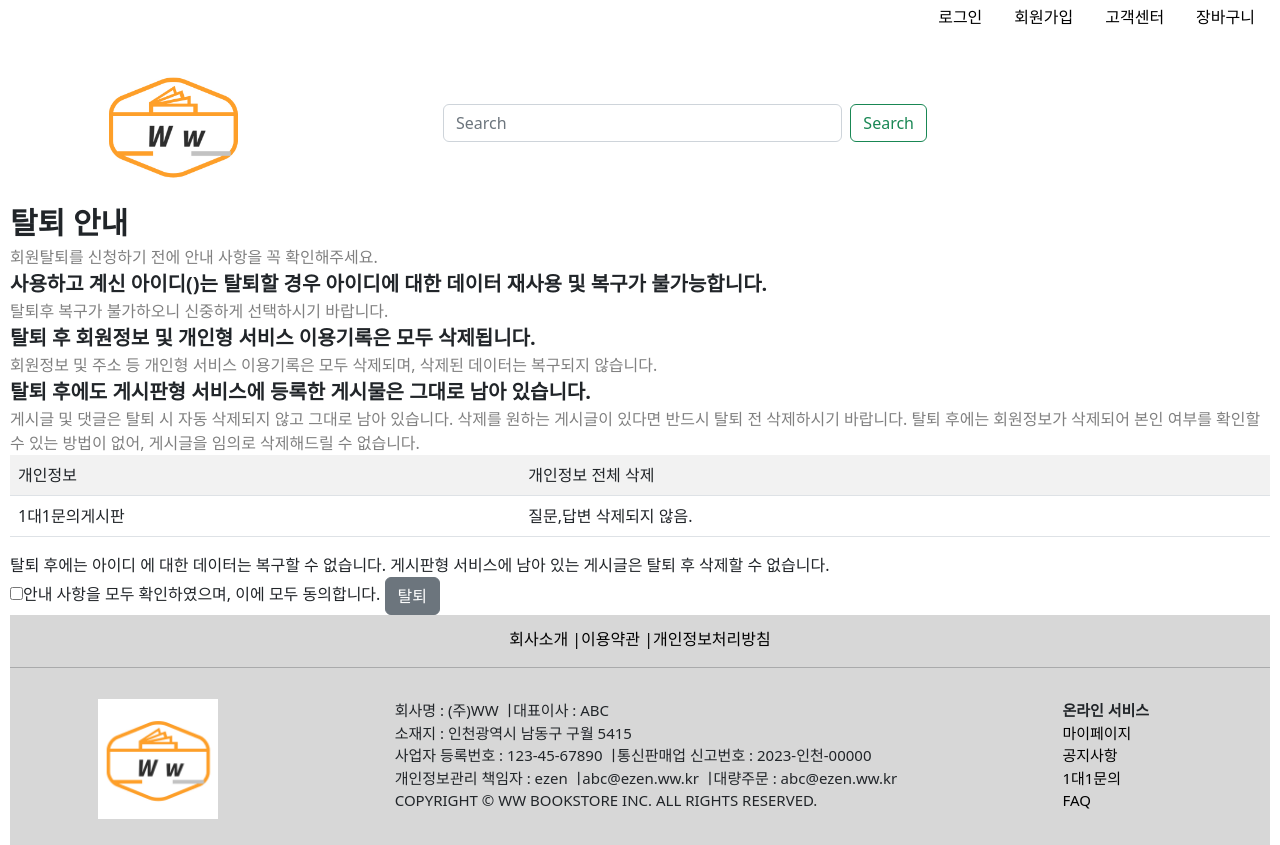
Repository: leehyeonung/project6
Page: http://localhost/book/WEB-INF/views/member/memberDelete.jsp
An editor plug-in stored every save of this project. The page is shown before and after the next save, followed by the edit.
The browser window is 1280 px wide. The pictures show the whole page.
The page is served by Tomcat 9. Nobody is signed in. Other server files are loaded and not shown. The template is opened directly, without the code that normally fills it, so the values that code supplies are empty.

Above is the page before, as saved 2023-01-06 07:15:02.

### book/src/main/webapp/WEB-INF/views/member/memberDelete.jsp
<%@ page language="java" contentType="text/html; charset=UTF-8"
    pageEncoding="UTF-8"%>
<%@ taglib uri="http://java.sun.com/jsp/jstl/core" prefix="c"%>

<!DOCTYPE html>
<html>
<head>
<meta charset="UTF-8">
<title>Insert title here</title>
<link rel="stylesheet" type="text/css" href="/resources/css/delete.css">
<link rel="stylesheet" type="text/css" href="/resources/css/main.css">
</head>
<body>

<jsp:include page="../layout/header.jsp"></jsp:include>
<div class="main">
<div class="info">
탈퇴 안내
</div>
<div class="short">회원탈퇴를 신청하기 전에 안내 사항을 꼭 확인해주세요.</div>
<div class="long">사용하고 계신 아이디(${ses.mem_id})는 탈퇴할 경우 아이디에 대한 데이터 재사용 및 복구가 불가능합니다.</div>
<div class="short">탈퇴후 복구가 불가하오니 신중하게 선택하시기 바랍니다.</div>
<div class="long">탈퇴 후 회원정보 및 개인형 서비스 이용기록은 모두 삭제됩니다.</div>
<div class="short">회원정보 및 주소 등 개인형 서비스 이용기록은 모두 삭제되며, 삭제된 데이터는 복구되지 않습니다.</div>
<div class="long">탈퇴 후에도 게시판형 서비스에 등록한 게시물은 그대로 남아 있습니다.</div>
<div class="short">
게시글 및 댓글은 탈퇴 시 자동 삭제되지 않고 그대로 남아 있습니다.
삭제를 원하는 게시글이 있다면 반드시 탈퇴 전 삭제하시기 바랍니다.
탈퇴 후에는 회원정보가 삭제되어 본인 여부를 확인할 수 있는 방법이 없어, 게시글을 임의로 삭제해드릴 수 없습니다.
</div>
<table class="table table-striped">
<tr>
<td>개인정보</td>
<td>개인정보 전체 삭제</td>
</tr>
<tr>
<td>1대1문의게시판</td>
<td>질문,답변 삭제되지 않음.</td>
</tr>
</table>
탈퇴 후에는 아이디 ${ses.mem_id}에 대한 데이터는 복구할 수 없습니다.
게시판형 서비스에 남아 있는 게시글은 탈퇴 후 삭제할 수 없습니다.
<form action="/mem/delete?mem_num=${ses.mem_num}" method="post" >
<input type="checkbox" required>안내 사항을 모두 확인하였으며, 이에 모두 동의합니다.
<button type="submit" class="btn btn-secondary">탈퇴</button>
</form>
</div>
<jsp:include page="../layout/footer.jsp"></jsp:include>
</body>
</html>

### book/src/main/webapp/WEB-INF/views/layout/header.jsp
<%@ page language="java" contentType="text/html; charset=UTF-8"
    pageEncoding="UTF-8"%>
<%@ taglib uri="http://java.sun.com/jsp/jstl/core" prefix="c"%>
<!DOCTYPE html>
<html>
<head>
<meta charset="UTF-8">
<title>Insert title here</title>
<!-- CSS only -->
<link href="https://cdn.jsdelivr.net/npm/bootstrap@5.2.2/dist/css/bootstrap.min.css"
rel="stylesheet" integrity="sha384-Zenh87qX5JnK2Jl0vWa8Ck2rdkQ2Bzep5IDxbcnCeuOxjzrPF/et3URy9Bv1WTRi"
crossorigin="anonymous">
<link rel="stylesheet" type="text/css" href="/resources/css/header.css">
</head>
<body>

<div class="header">
    <div class="menu">
        <c:if test="${ses.mem_id ==null}">
        <ul><a href="/mem/loginPage">로그인</a></ul>
        <ul><a href="/mem/joinPage">회원가입</a></ul>
        </c:if>
        <c:if test="${ses.mem_id == 'admin' }">
        <ul><a href="/mem/logOut">로그아웃</a></ul>
        <ul><a href="/mem/adminpage">관리인페이지</a></ul>
        </c:if>
        <c:if test="${ses.mem_id !=null && ses.mem_id !='admin' }">
        <ul><a href="/mem/logOut">로그아웃</a></ul>
        <ul><a href="/mem/mypage">마이페이지</a></ul>
        </c:if>
        <ul><a href="#">고객센터</a></ul>
        <ul><a href="#">장바구니</a></ul>
    </div>
    <div class="bar">
       <div class="logo">
         <a href="/"><img src="/resources/image/logo.jpg" alt="로고"></a>
       </div>
         <div class="searchBar">
            <form class="d-flex" role="search">
                 <input class="form-control me-2" type="search" placeholder="Search" aria-label="Search">
                 <button class="btn btn-outline-success" type="submit">Search</button>
              </form>
         </div>
       <div class="icons">
         <a href=""><i class="fa-solid fa-cart-shopping"></i></a>
            <a href=""><i class="fa-solid fa-user"></i></a>
       </div>
    </div>
</div>
</body>
</html>

### book/src/main/webapp/WEB-INF/views/layout/footer.jsp
<%@ page language="java" contentType="text/html; charset=UTF-8"
   pageEncoding="UTF-8"%>
<!DOCTYPE html>
<html>
<head>
<meta charset="UTF-8">
<title>Insert title here</title>
<link rel="stylesheet" type="text/css" href="/resources/css/footer.css">

</head>

<body>
   <div class="footer">
      <div class="footer-top">
         <ul>
            <li><a href="">회사소개 | </a></li>
            <li><a href="">이용약관 | </a></li>
            <li><a href="">개인정보처리방침</a></li>
         </ul>
      </div>
      <hr>
      <div class="address">
         <div class="footer-logo">
            <img src="/resources/image/logo.jpg" alt="로고">
         </div>
         <div class="address-box">
            <ul>
               <li>회사명 : (주)WW <span style="margin-right: -7px;">ㅣ</span>
                  대표이사 : ABC
               </li>

               <li>소재지 : 인천광역시 남동구 구월 5415</li>
               <li>사업자 등록번호 : 123-45-67890 <span style="margin-right: -7px;">ㅣ</span>
                  통신판매업 신고번호 : 2023-인천-00000
               </li>

               <li>개인정보관리 책임자 : ezen <span style="margin-right: -7px;">ㅣ</span>
                  abc@ezen.ww.kr <span style="margin-right: -7px;">ㅣ</span> 대량주문 :
                  abc@ezen.ww.kr
               </li>

               <li>COPYRIGHT © WW BOOKSTORE INC. ALL RIGHTS RESERVED.</li>

            </ul>

         </div>
         <div class="online-serviceBar">
            <strong>온라인 서비스</strong>
            <ul>
               <li><a href="">마이페이지</a></li>
               <li><a href="">공지사항</a></li>
               <li><a href="">1대1문의</a></li>
               <li><a href="">FAQ</a></li>
            </ul>
         </div>
      </div>
   </div>

</body>
</html>

### book/src/main/webapp/resources/css/delete.css
@charset "UTF-8";
.main{
	margin: 0px auto;
}

.info{
	font-size:30px;
	font-weight:900;
}
.long{
	font-size:20px;
	font-weight:900;
}

.short{
	color: gray;
}

### book/src/main/webapp/resources/css/main.css
@charset "UTF-8";

.main{
	width:1260px;
	margin: 0 auto;
}

### book/src/main/webapp/resources/css/header.css
@charset "UTF-8";
*{
	margin: 0px;
	padding: 0px;
}
.header{
    width: 1260px;
    height: 200px;
   /*  background-color: pink; */
}
.menu{
   display: flex;
   justify-content: flex-end;
   padding:5px;

}
.logo{
    width: 150px;
    height: 150px;
    background-color: blue;
}
.logo>a>img{
    width: 150px;
    height: 150px;
}
.searchBar{
   /* position:absolute; */
    width: 484px;
    height: 42px;
    /* background-color: gold; */
    margin-top:54px;
    border-radius: 30px;

}
.bar{

   height: 150px;
   display: flex;
   flex-direction: row;
   flex-wrap:nowrap;
   justify-content:space-around;
/*    align-items: baseline; */


}
i{
    font-size: 42px;
    color: black;
    margin-top:54px;
    margin-right: 20px;
}

### book/src/main/webapp/resources/css/footer.css
@charset "UTF-8";
.footer {
   width: 1260px;
   height: 230px;
   background-color: rgba(175, 175, 175, 0.5);
   margin: 0 auto;
}

.footer-logo {

   width: 120px;
   height: 120px;
   background-color: beige;
}
.footer-logo>img{
   width: 120px;
   height: 120px;
}

.address-box {
   text-align: left;
   padding: 0;
   margin: 0;
}

.address {
   padding: 15px;
   height: 150px;
   display: flex;
   font-size: 15px;
   /* align-items: baseline; */
   flex-direction: row;
   flex-wrap: nowrap;
   justify-content: space-around;
}

ul {
   list-style: none;
}

.footer, .address li {

}

.footer-top {
   text-align: center;
   padding-top: 12px;
}

.footer-top>ul {
   margin: 0;
   padding: 0;
   display: flex;
   justify-content: center;
}

.footer-top>li {
   margin: 0;
   padding: 0;
}

a {
   text-decoration-line: none;
   color: black;
}

a:visited {
   text-decoration: none;
}

a:hover {
   text-decoration: none;
}

a:focus {
   text-decoration: none;
}

a:hover, a:active {
   text-decoration: none;
}

.online-serviceBar {
   padding: 0px;
   margin-left: 20px;
   width: 120px;
   height: 120px;
}

.online-serviceBar>ul {
   margin: 0px;
   padding: 0px;
}

After the next save:
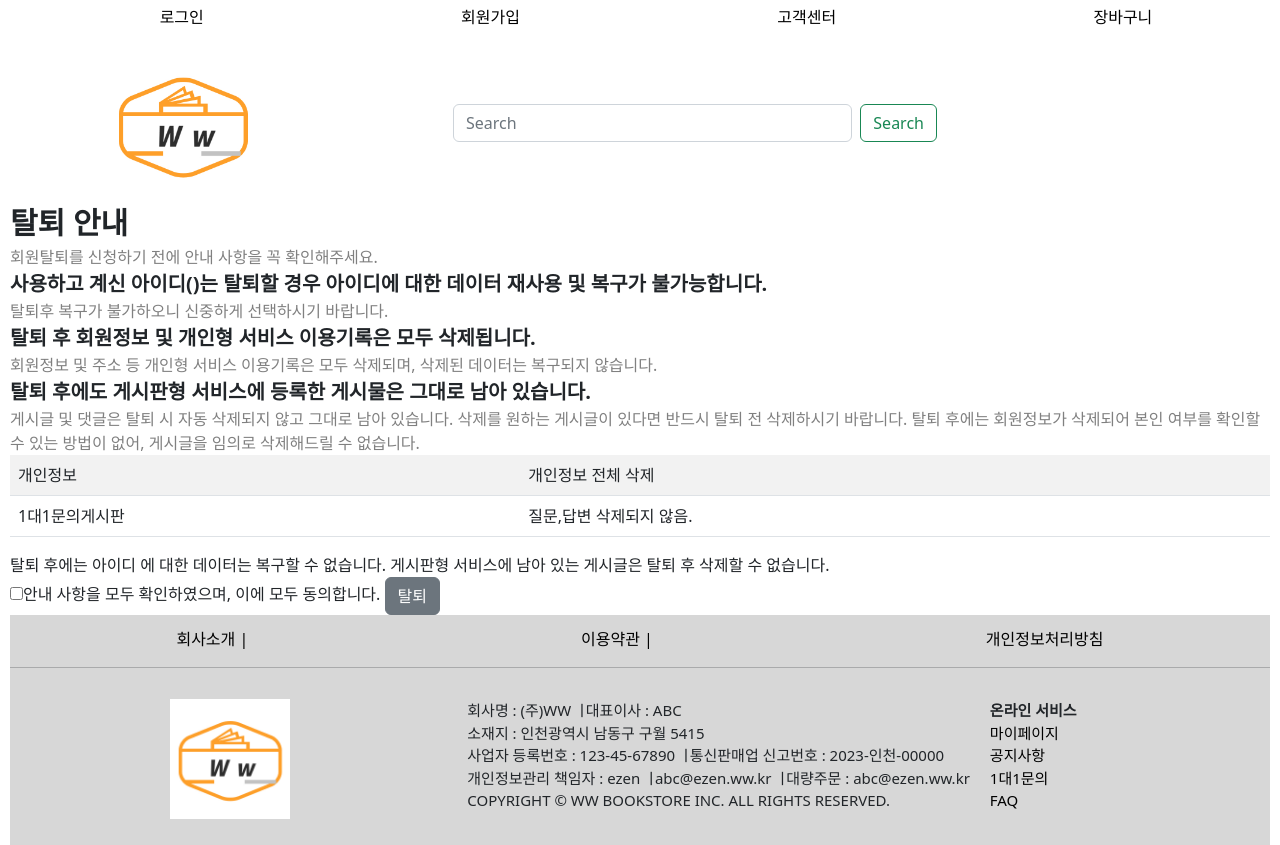
Saved 60 min 30 s later.
--- a/book/src/main/webapp/resources/css/header.css
+++ b/book/src/main/webapp/resources/css/header.css
@@ -1,6 +1,6 @@
 @charset "UTF-8";
 *{
-	margin: 0px;
+	margin: 0px auto;
 	padding: 0px;
 }
 .header{

After the 2 saves that followed:
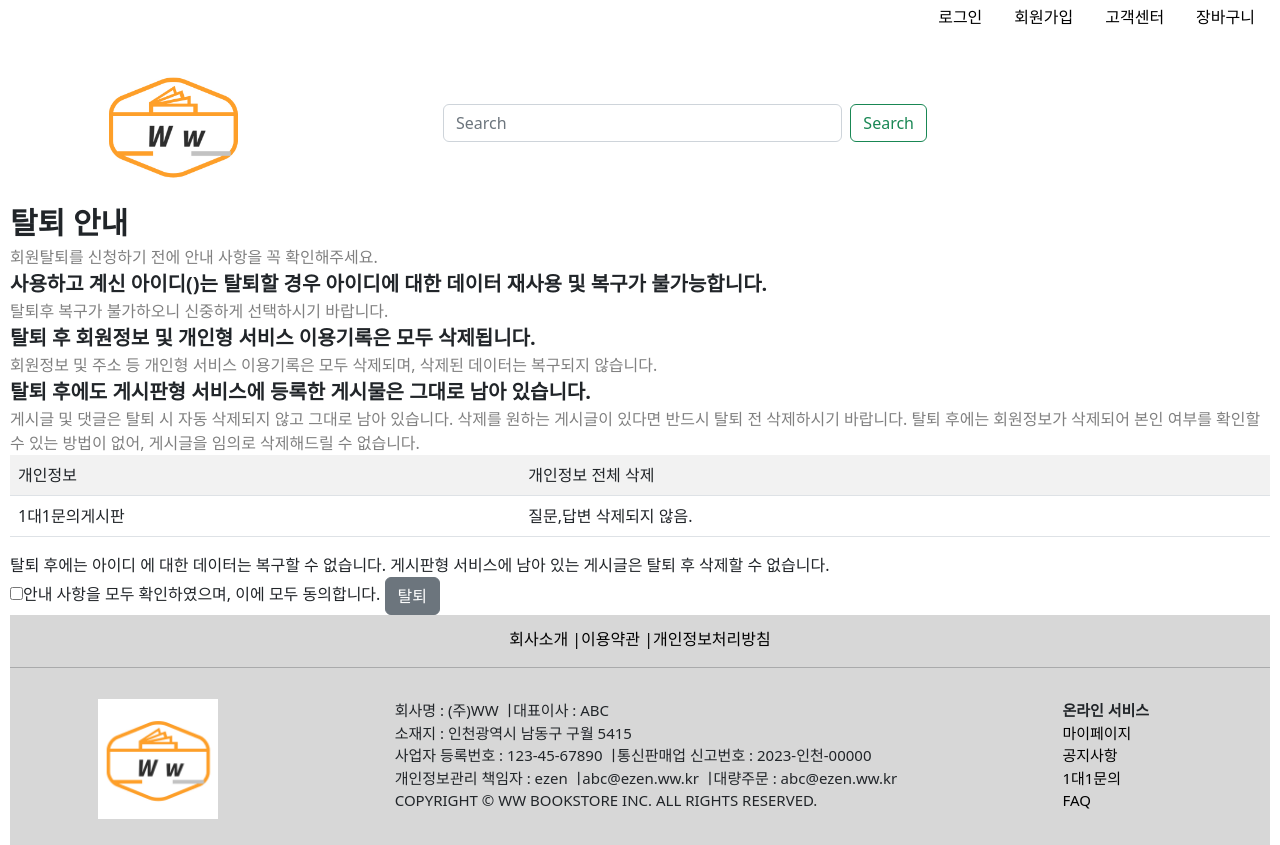
The 2 saves are shown as one change because 1 left the picture as it was.
The last was saved 81 s later.
--- a/book/src/main/webapp/WEB-INF/views/layout/header.jsp
+++ b/book/src/main/webapp/WEB-INF/views/layout/header.jsp
@@ -13,7 +13,6 @@ crossorigin="anonymous">
 <link rel="stylesheet" type="text/css" href="/resources/css/header.css">
 </head>
 <body>
-
 <div class="header">
     <div class="menu">
         <c:if test="${ses.mem_id ==null}">
--- a/book/src/main/webapp/resources/css/header.css
+++ b/book/src/main/webapp/resources/css/header.css
@@ -1,6 +1,6 @@
 @charset "UTF-8";
 *{
-	margin: 0px auto;
+	margin: 0px;
 	padding: 0px;
 }
 .header{
